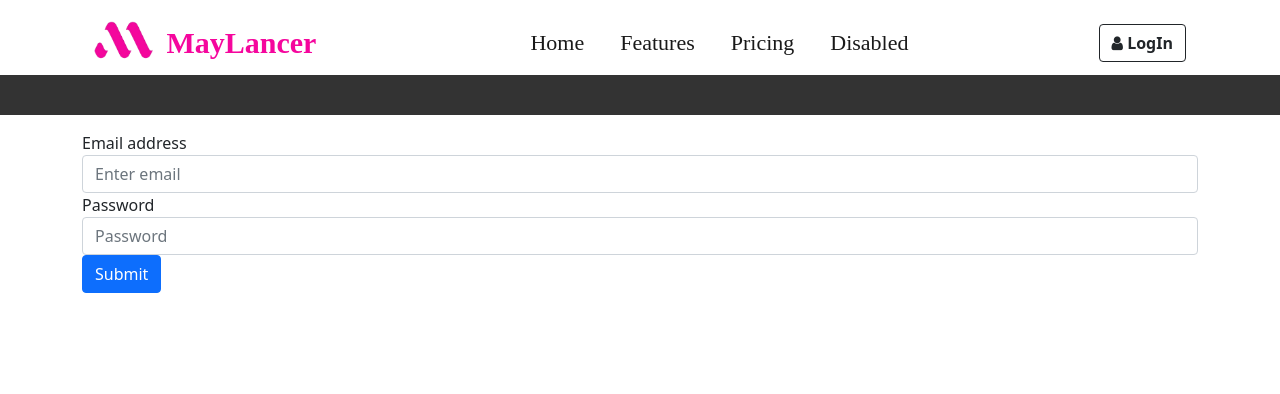
Repository: prathmesh2023/maylancers
Page: http://localhost/register
These files come from the project's save history. The page is drawn as it stood at one moment and after the next save; the edit follows.
The browser window is 1280 px wide. The pictures show the whole page.
Some web fonts or font styles are not loaded; a fallback is used. Some web libraries are served in a nearby version. The page is served by the project's application, run on Django 3.2 (manage.py).

Above is the page before, as saved 2022-01-23 19:47:38.

After the next save:
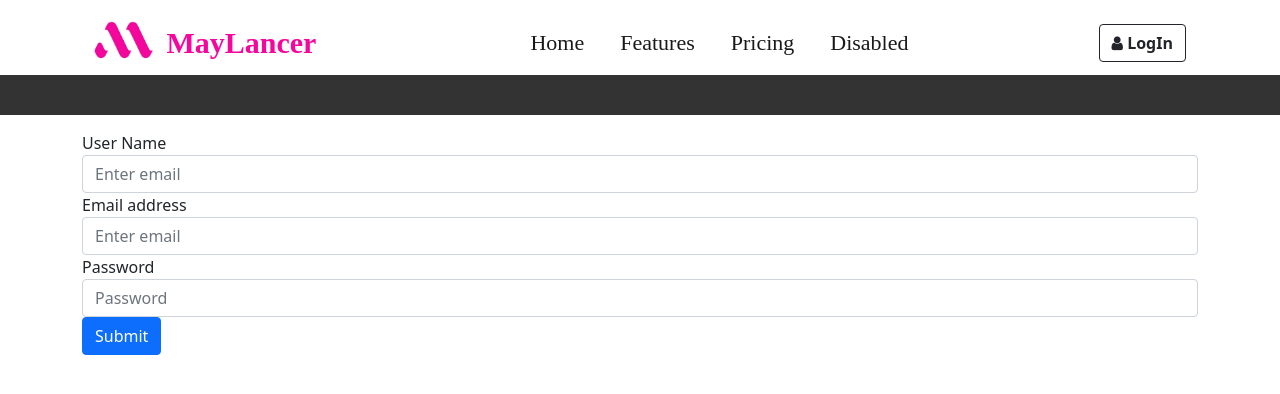
Saved 48 s later.
--- a/templates/register.html
+++ b/templates/register.html
@@ -2,6 +2,12 @@
 <div class="container my-3">
 
     <form>
+        <div class="form-group">
+            <label for="exampleInputEmail1">User Name</label>
+            <input type="text" class="form-control" id="exampleInputEmail1" aria-describedby="emailHelp" placeholder="Enter email">
+
+        </div>
+
         <div class="form-group">
             <label for="exampleInputEmail1">Email address</label>
             <input type="email" class="form-control" id="exampleInputEmail1" aria-describedby="emailHelp" placeholder="Enter email">
